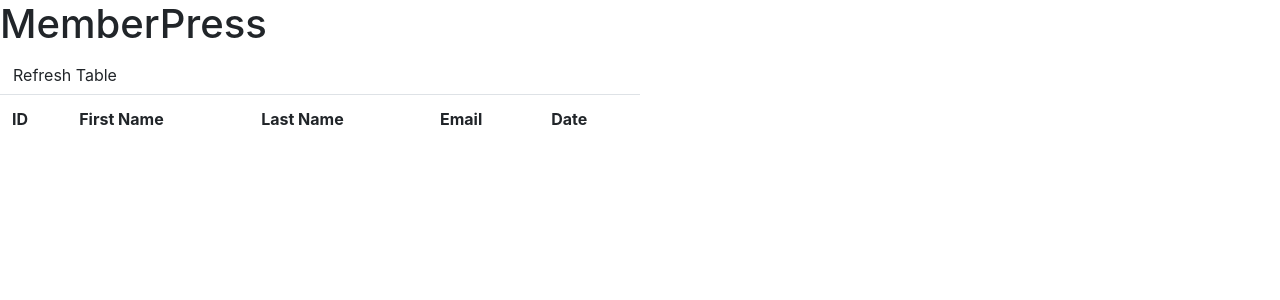
Repository: joeldelatte/JoelDelattemMemberPressChallenge
Page: public/index.html
An editor plug-in stored every save of this project. The page is shown before and after the next save, followed by the edit.
The browser window is 1280 px wide. The pictures show the whole page.
Some web libraries are served in a nearby version.

Above is the page before, as saved 2020-06-21 13:51:06.
Console error: ReferenceError: $ is not defined

After the next save:
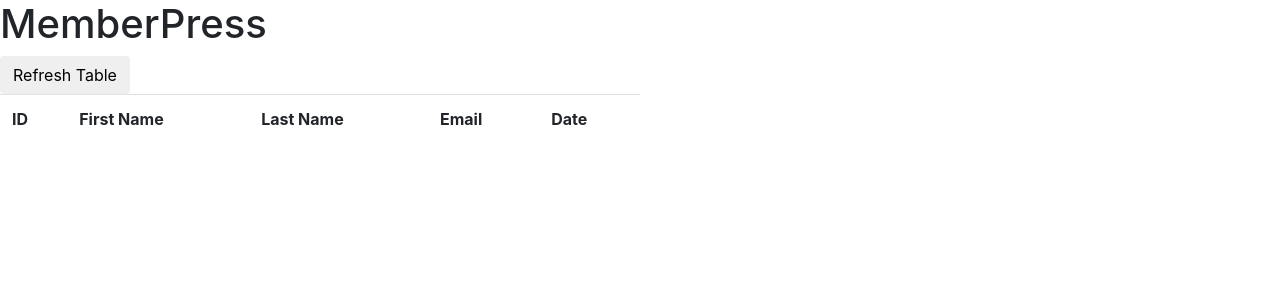
Saved 6 min 9 s later.
--- a/public/index.html
+++ b/public/index.html
@@ -6,8 +6,9 @@
     <meta charset="utf-8">
     <meta name="viewport" content="width=device-width, initial-scale=1, shrink-to-fit=no">
 
-    <!-- Bootstrap CSS -->
-    <link rel="stylesheet" href="https://stackpath.bootstrapcdn.com/bootstrap/4.3.1/css/bootstrap.min.css" integrity="sha384-ggOyR0iXCbMQv3Xipma34MD+dH/1fQ784/j6cY/iJTQUOhcWr7x9JvoRxT2MZw1T" crossorigin="anonymous">
+    <link rel="stylesheet" href="https://cdnjs.cloudflare.com/ajax/libs/twitter-bootstrap/4.0.0/css/bootstrap.min.css" />
+
+    <link rel="stylesheet" href="https://maxcdn.bootstrapcdn.com/font-awesome/4.5.0/css/font-awesome.min.css" />
     <script src="./js/index.js"></script>
   </head>
   <body>
